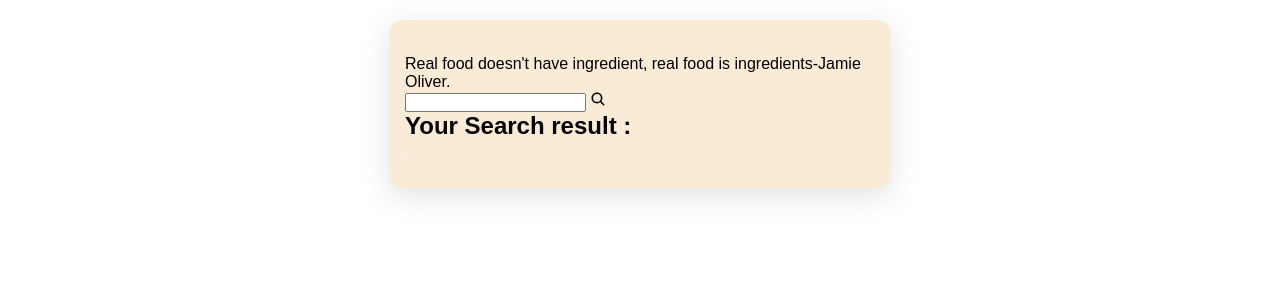
Repository: andrewhuynh561/javascipt
Page: Day 1/index.html
The author's editor kept a copy of each file at every save. The page is drawn from the files as they stood at one save, then again after the next save.
The browser window is 1280 px wide. The pictures show the whole page.

Above is the page before, as saved 2023-05-17 21:39:34.

After the next save:
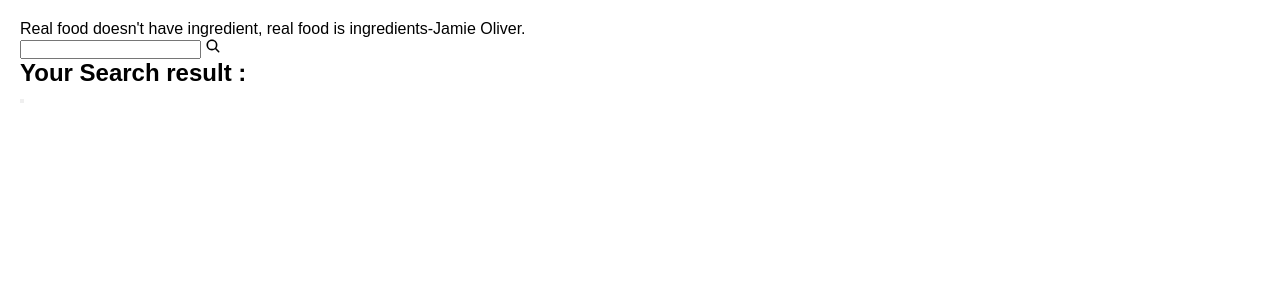
Saved 14 s later.
--- a/Day 1/style.css
+++ b/Day 1/style.css
@@ -12,10 +12,6 @@ body {
     --tenne-tawny-dark: #b54507;
 }
 .container{
-  max-width: 500px;
-  margin:0 auto;
-  border-radius: 12px;
-  background-color: antiquewhite;
-  box-shadow: rgba(100, 100, 111, 0.2) 0px 7px 29px 0px;
-  padding: 35px 15px 30px;
+    margin: auto;
+    padding: auto;
 }
